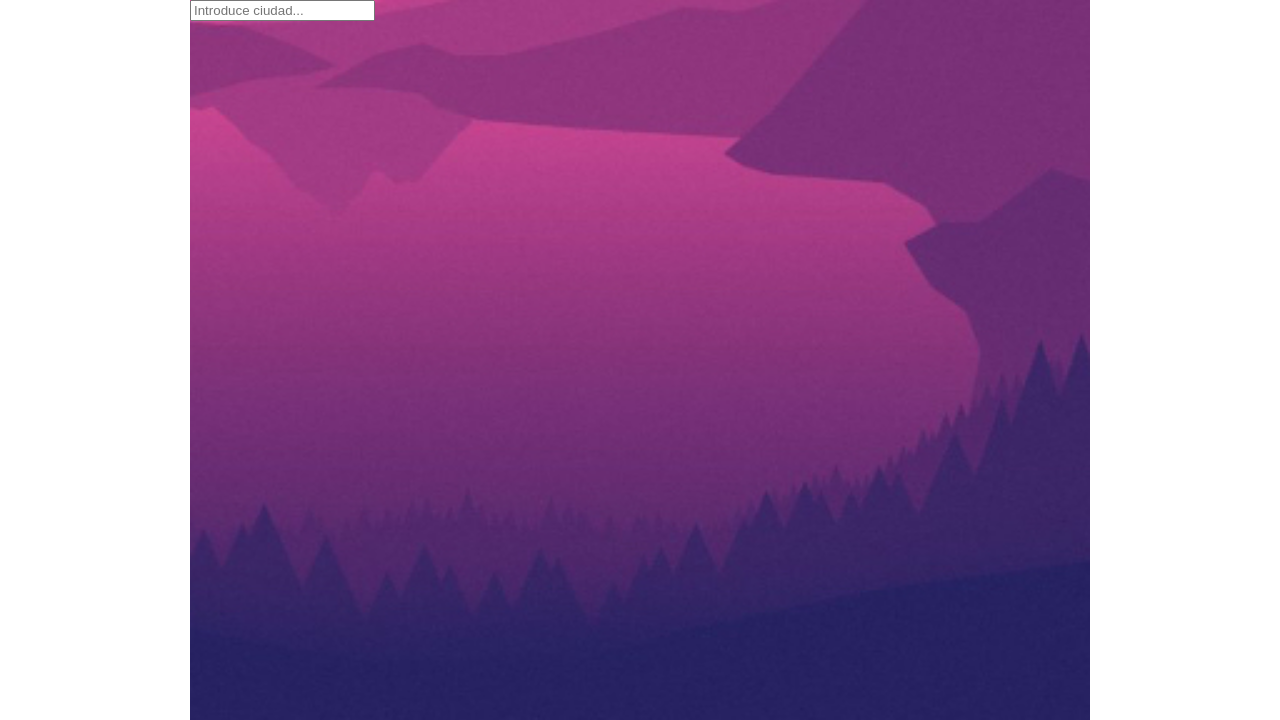
Repository: DaftyCode/weather-vue
Page: /
An editor plug-in stored every save of this project. The page is shown before and after the next save, followed by the edit.
The browser window is 1280 px wide. The pictures show the whole page.
The project was rebuilt for these pictures with package versions that can differ from the ones it lists, and the page was loaded fresh each time. Also part of the build but not shown: vite.config.js.

Above is the page before, as saved 2023-01-17 13:19:40.

### src/App.vue
<script>
  export default {
    name: 'app',
    data() {
      return {
        query: '',
      };
    },
  };
</script>

<template>
  <div class="main-container">
    <main>
      <div class="search-box">
        <input type="text" class="search-bar" placeholder="Introduce ciudad..." v-model="query" />
      </div>
    </main>
  </div>
</template>

<style>
  body {
    display: flex;
    justify-content: center;
    font-family: 'montserrat', sans-serif;
    min-height: 100vh;
    margin: 0;
  }

  #app {
    width: 100%;
    max-width: 900px;
    margin: 0;
    padding: 0;
    font-weight: normal;
  }

  .main-container {
    width: 100%;
    height: 100%;
    background-image: url('./assets/warm-bg.jpg');
    background-size: cover;
    background-position: bottom;
  }
</style>

Loaded but not shown: index.html (common file); src/main.js (common file)

After the next save:
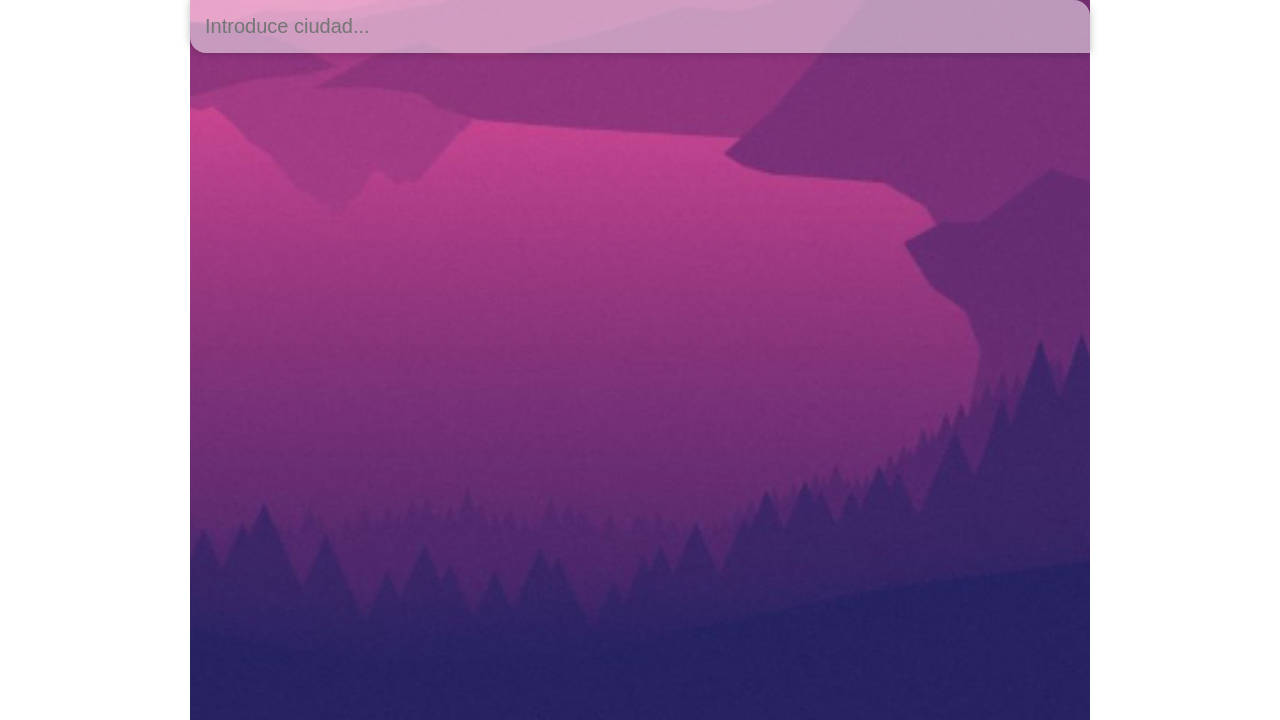
Saved 6 min 52 s later.
--- a/src/App.vue
+++ b/src/App.vue
@@ -43,4 +43,33 @@
     background-size: cover;
     background-position: bottom;
   }
+
+  .search-box {
+    display: flex;
+    width: 100%;
+    margin-bottom: 30px;
+  }
+
+  .search-box .search-bar {
+    display: flex;
+    width: 100%;
+    padding: 15px;
+
+    color: #313131;
+    font-size: 20px;
+    appearance: none;
+    border: none;
+    outline: none;
+    background: none;
+    box-shadow: 0px 0px 8px rgba(0, 0, 0, 0.25);
+    background-color: rgba(255, 255, 255, 0.5);
+    border-radius: 0px 16px 0px 16px;
+    transition: 0.4s;
+  }
+
+  .search-box .search-bar:focus {
+    box-shadow: 0px 0px 16px rgba(0, 0, 0, 0.25);
+    background-color: rgba(255, 255, 255, 0.75);
+    border-radius: 16px 0px 16px 0px;
+  }
 </style>
